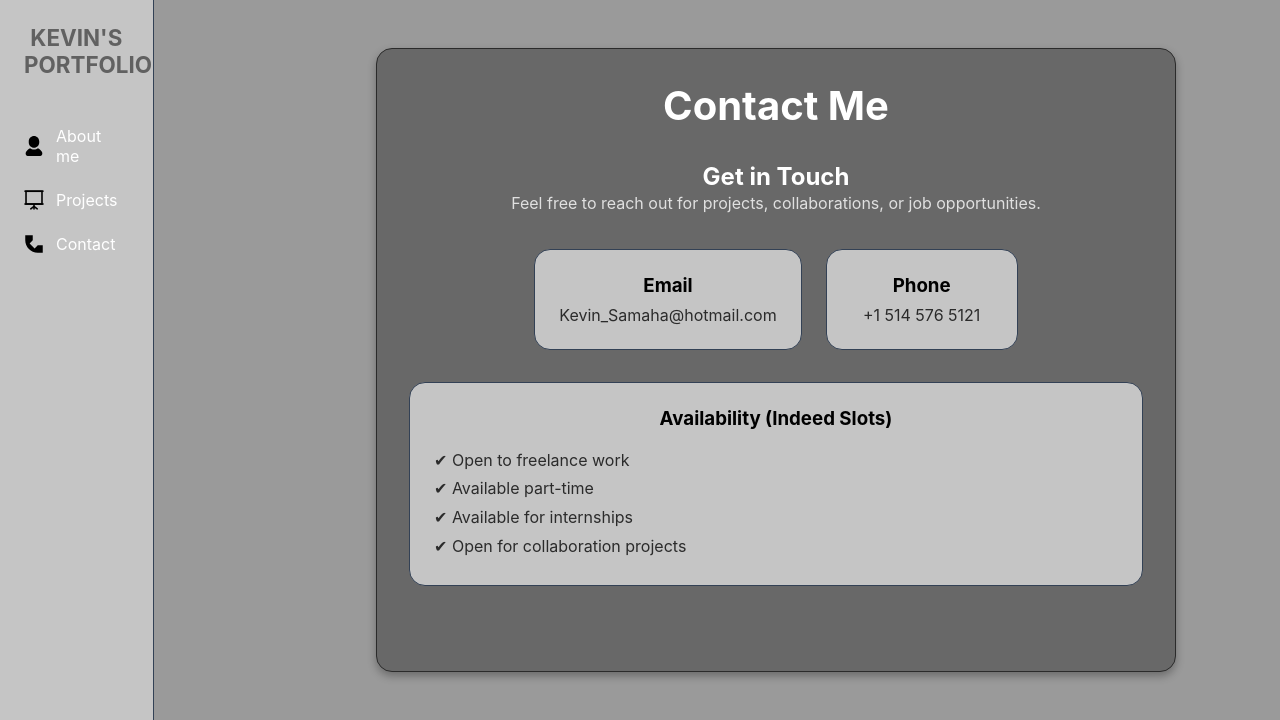
Repository: KevinSamaha/Kevin_Samaha
Page: pages/contact.html
The author's editor kept a copy of each file at every save. The page is drawn from the files as they stood at one save, then again after the next save.
The browser window is 1280 px wide. The pictures show the whole page.

Above is the page before, as saved 2026-05-13 23:35:09.

After the next save:
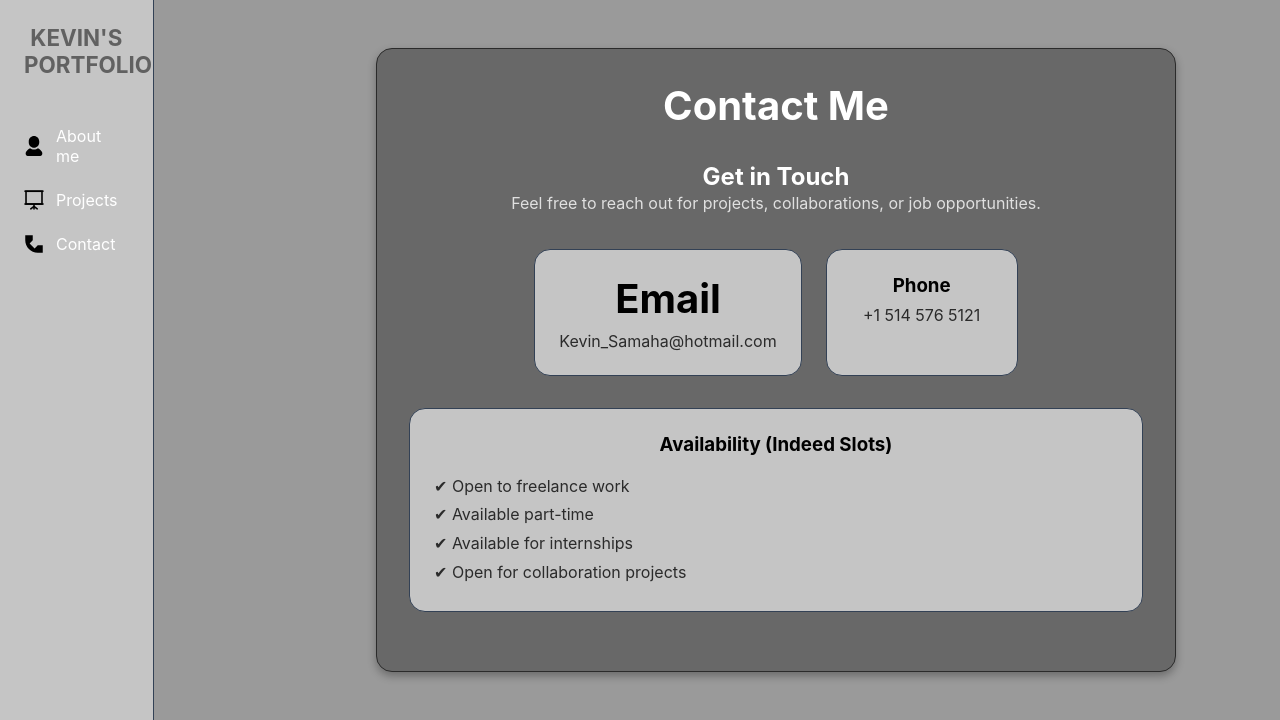
Saved 104 s later.
--- a/pages/contact.html
+++ b/pages/contact.html
@@ -55,7 +55,7 @@
         <!-- CONTACT INFO -->
         <section class="contact-info">
           <article class="info-box">
-            <h3>Email</h3>
+            <h3 class="title">Email</h3>
             <p>Kevin_Samaha@hotmail.com</p>
           </article>
 
